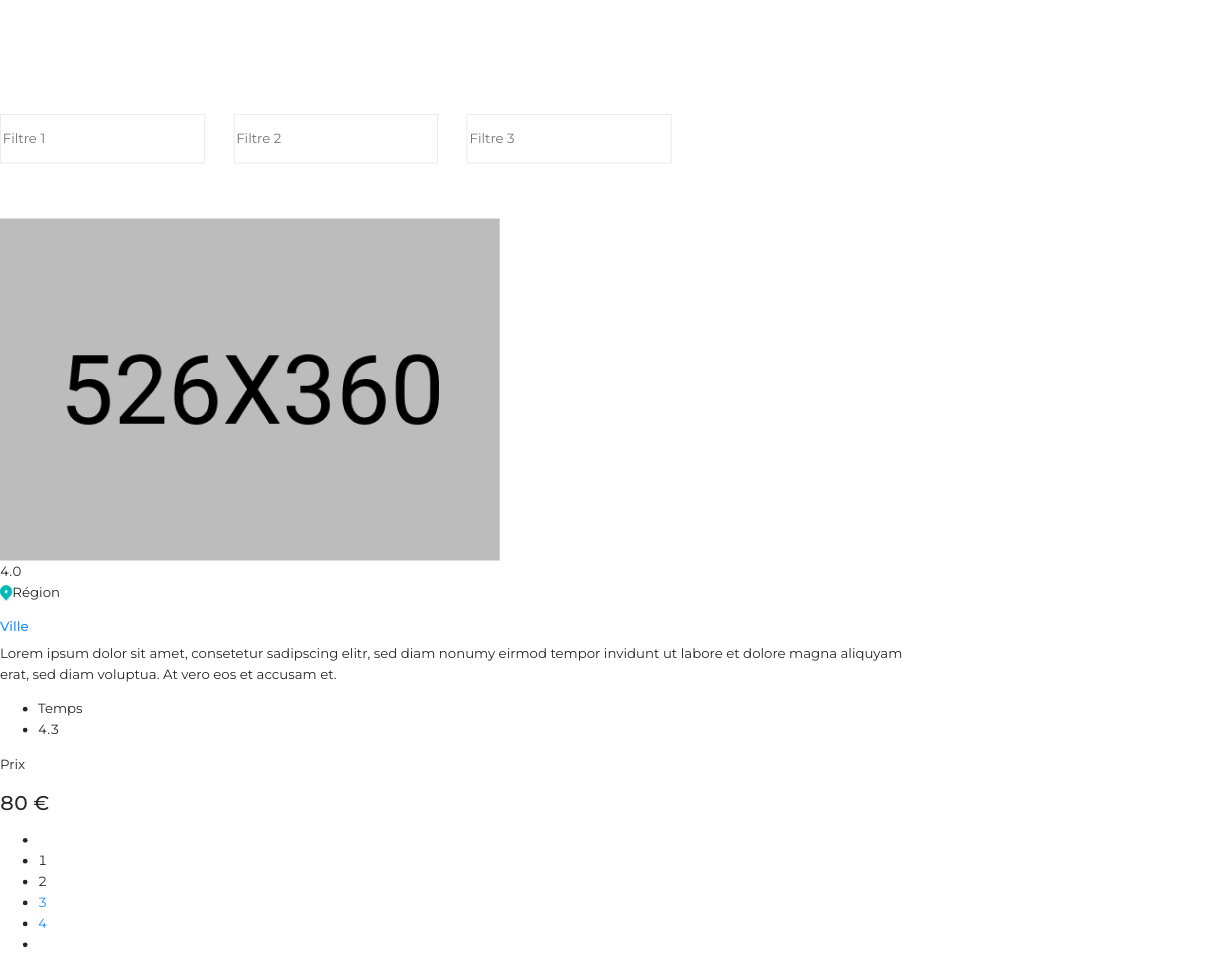
Repository: Emerson1220/projet-neofeel-lacapsule
Page: /roadPlanner (app in reactapp/)
These files come from the project's save history. The page is drawn as it stood at one moment and after the next save; the edit follows.
The browser window is 1280 px wide. The page is 1295 px wide, so the pictures cover 1295 px, including what lies to the right of the window. The pictures show the whole page, at 95% of full size.
The project was rebuilt for these pictures with package versions that can differ from the ones it lists, and the page was loaded fresh each time. A package was used in the major version that the imports need, not the one package.json lists. Also part of the build but not shown: reactapp/src/Nav.js, reactapp/src/ScreenHome.js.

Above is the page before, as saved 2021-05-18 09:49:53.

### reactapp/src/App.js
import './App.css';
import Nav from './Nav'
import {BrowserRouter as Router, Switch, Route} from 'react-router-dom'

import ScreenHome from './ScreenHome';
import ScreenRoadPlanner from './screens/ScreenRoadPlanner';

function App() {
  return (



    // <SearchPage></SearchPage>
      <Router>
        <Switch>
          <Route component={ScreenHome} path="/" exact />
          <Route component={ScreenRoadPlanner} path="/roadPlanner"  />
          {/* <Route component={ScreenConnexion} path="/connexion"  />
          <Route component={ScreenSearch} path="/recherche"  />
          <Route component={ScreenInfo} path="/info"  />
          <Route component={ScreenPartner} path="/partenaire"  />
          <Route component={ScreenRoadPlanner} path="/roadPlanner"  />
          <Route component={ScreenTrips} path="/voyages"  />
          <Route component={ScreenProfil} path="/profil"  />
          <Route component={ScreenBasket} path="/panier"  />
          <Route component={ScreenSuggestion} path="/suggestion"  /> */}
        </Switch>
      </Router>

  );
}

export default App;

### reactapp/src/App.css
@import '~antd/dist/antd.css';
@import url('https://fonts.googleapis.com/css2?family=Montserrat:ital,wght@0,200;0,300;0,400;0,500;0,600;0,700;1,400;1,600&display=swap');

* {
  font-family: 'Montserrat', sans-serif;
}

.App {
  text-align: center;
}

.App-logo {
  height: 40vmin;
  pointer-events: none;
}

@media (prefers-reduced-motion: no-preference) {
  .App-logo {
    animation: App-logo-spin infinite 20s linear;
  }
}

.App-header {
  background-color: #282c34;
  min-height: 100vh;
  display: flex;
  flex-direction: column;
  align-items: center;
  justify-content: center;
  font-size: calc(10px + 2vmin);
  color: white;
}

.App-link {
  color: #61dafb;
}

@keyframes App-logo-spin {
  from {
    transform: rotate(0deg);
  }
  to {
    transform: rotate(360deg);
  }
}
/* CSS NAVBAR _______________________*/



.h1-montserrat {
  width: auto; /* 366px */
  height: auto; /* 58px */
  overflow: visible;
  white-space: pre;
  letter-spacing: 0px;
  line-height: 1.2;
  color: #106271;
  font-weight: 700;
  font-family: "Inter-Bold", "Inter", sans-serif;
  font-size: 48px;
}

.devenezPartenaireButton{

background-color: #e06868;
overflow: visible;
  white-space: pre;
  letter-spacing: 0px;
line-height: 1.2;
  color: #ffffff;
  font-weight: 700;
  font-family: "Inter-Bold", "Inter", sans-serif;
width: 150px;
height: 50px;
left: 971px;
top: 40px;
border-radius: 5px;
}

.listNav{
  color: #106271;
  margin: 0px 0px;
}

### reactapp/src/screens/ScreenRoadPlanner.js
import React from 'react';
import '../App.css';
import { Button } from 'antd';
import { Link } from 'react-router-dom';
import Nav from '../Nav'

function ScreenRoadPlanner() {

    return (	<div style={{ paddingTop:'120px' }}>

                <div style={ styles.container }>

                    <div style={ styles.row }>

                        <div style={ styles.col_xl_9 }>
                            <div style={{ marginBottom:'40px' }}> {/* Filters */}

                                <div style={ styles.row }>
                                    <div style={ styles.col_xl_3 }>
                                        <label style={ styles.single_input_wrap }>
                                            <i style={ styles.icons_la }/>
                                            <input style={ styles.single_input_wrap_input } type="text" placeholder="Filtre 1" />
                                        </label>
                                    </div>

                                    <div style={ styles.col_xl_3 }>
                                        <label style={ styles.single_input_wrap }>
                                            <i style={ styles.icons_la }/>
                                            <input style={ styles.single_input_wrap_input } type="text" placeholder="Filtre 2" />
                                        </label>
                                    </div>

                                    <div style={ styles.col_xl_3 }>
                                        <label style={ styles.single_input_wrap }>
                                            <i style={ styles.icons_la }/>
                                            <input style={ styles.single_input_wrap_input } type="text" placeholder="Filtre 3" />
                                        </label>
                                    </div>
                                </div>
                            </div> {/* End -> ButtonFilters */}

                            <div className="tour-list-area"> {/* Container -> Card expérience */}
                                <div className="single-destinations-list style-three"> {/* Card expérience */}
                                    <div className="thumb">
                                        <img src="images/photo-526x360.png" alt="list" />
                                    </div>
                                    <div className="details">
                                        <div className="tp-review-meta">
                                            <i className="ic-yellow fa fa-star" />
                                            <i className="ic-yellow fa fa-star" />
                                            <i className="ic-yellow fa fa-star" />
                                            <i className="ic-yellow fa fa-star" />
                                            <i className="fa fa-star" />
                                            <span>4.0</span>
                                        </div>

                                        <p className="location"><img src="images/icone-geo.png" alt="map" />Région</p>
                                        <h4 className="title"><Link to="/tour-details">Ville</Link></h4>
                                        <p className="content">Lorem ipsum dolor sit amet, consetetur sadipscing elitr, sed diam nonumy eirmod tempor invidunt ut labore et dolore magna aliquyam erat, sed diam voluptua. At vero eos et accusam et.</p>

                                        <div className="list-price-meta">
                                            <ul className="tp-list-meta d-inline-block">
                                                <li><i className="fa fa-clock-o" /> Temps</li>
                                                <li><i className="fa fa-star" /> 4.3</li>
                                            </ul>
                                            <div className="tp-price-meta d-inline-block">
                                                <p>Prix</p>
                                                <h2>80 <span>€</span></h2>
                                            </div>
                                        </div>
                                    </div>
                                </div> {/* End -> Card expérience */}
                            </div> {/* End -> Container -> Card expérience */}


                            <div className="text-md-center text-left"> {/* Pagination */}
                                <div className="tp-pagination text-md-center text-left d-inline-block mt-4">
                                    <ul>
                                        <li><a className="prev page-numbers" href="#"><i className="la la-long-arrow-left" /></a></li>
                                        <li><span className="page-numbers">1</span></li>
                                        <li><span className="page-numbers current">2</span></li>
                                        <li><a className="page-numbers" href="#">3</a></li>
                                        <li><a className="page-numbers" href="#">4</a></li>
                                        <li><a className="next page-numbers" href="#"><i className="la la-long-arrow-right" /></a></li>
                                    </ul>
                                </div>
                            </div>{/* End -> Pagination */}
                        </div>
                    </div>
                </div>
            </div>
    )
};

let styles = {
    container: {
        width: '100%',
        paddingright: '15px',
        paddingleft: '15px',
        marginright: 'auto',
        marginleft: 'auto',
    },

    row:{
        display: 'flex',
        flexWrap: 'wrap',
        marginRight: '-15px',
        marginLeft: '-15px',
    },

    col_xl_9:{
        position: 'relative',
        flex: '0 0 75%',
        maxWidth: '75%',
        width: '100%',
        minHeight: '1px',
        paddingRight: '15px',
        paddingLeft: '15px',
        },

    col_xl_3:{
        position: 'relative',
        flex: '0 0 25%',
        maxWidth: '25%',
        width: '100%',
        minHeight: '1px',
        paddingRight: '15px',
        paddingLeft: '15px',
        },

    single_input_wrap:{
        position: 'relative',
        width: '100%',
        marginBottom: '18px',
        display: 'inline-block',
    },

    single_input_wrap_input:{
        background: '#ffffff',
        border: '1px solid #EAEAEA',
        height: '52px',
        width: '100%',
    },



    icons_la:{
        display: 'inline-block',
        position: 'absolute',
        top: '17px',
        left: '20px',
        color: '#CFD3DE',
        font: 'normal normal normal 16px/1 LineAwesome',
        fontSize: 'inherit',
        textDecoration: 'inherit',
        textRendering: 'optimizeLegibility',
        textTransform: 'none',
    }




    }









export default ScreenRoadPlanner;

Loaded but not shown: reactapp/public/index.html (common file); reactapp/src/index.js (common file); reactapp/src/index.css (common file); reactapp/src/reportWebVitals.js (common file)

After the next save:
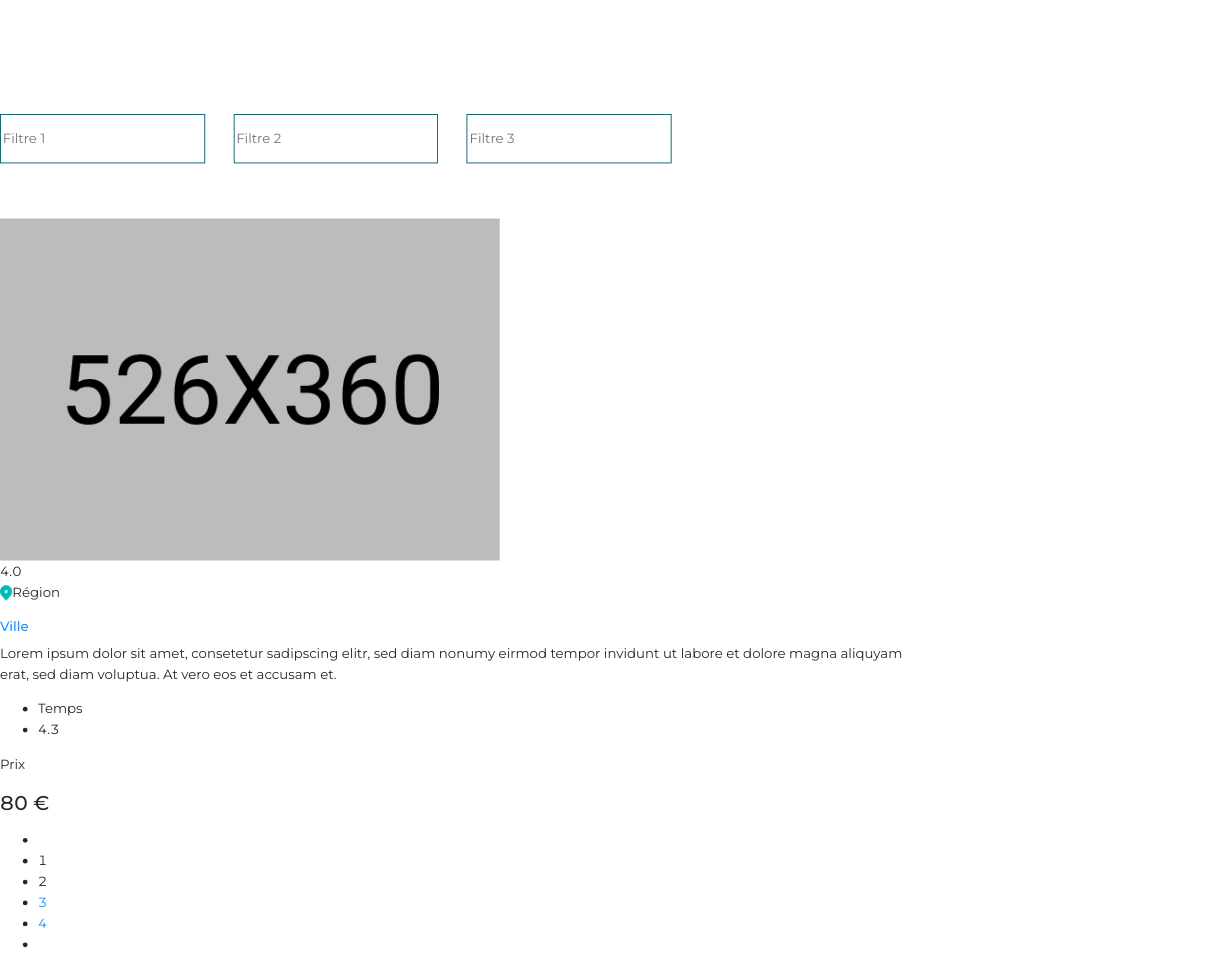
Saved 43 s later.
--- a/reactapp/src/screens/ScreenRoadPlanner.js
+++ b/reactapp/src/screens/ScreenRoadPlanner.js
@@ -137,7 +137,7 @@
 
     single_input_wrap_input:{
         background: '#ffffff',
-        border: '1px solid #EAEAEA',
+        border: '1px solid #106271',
         height: '52px',
         width: '100%',
     },

After the save that followed:
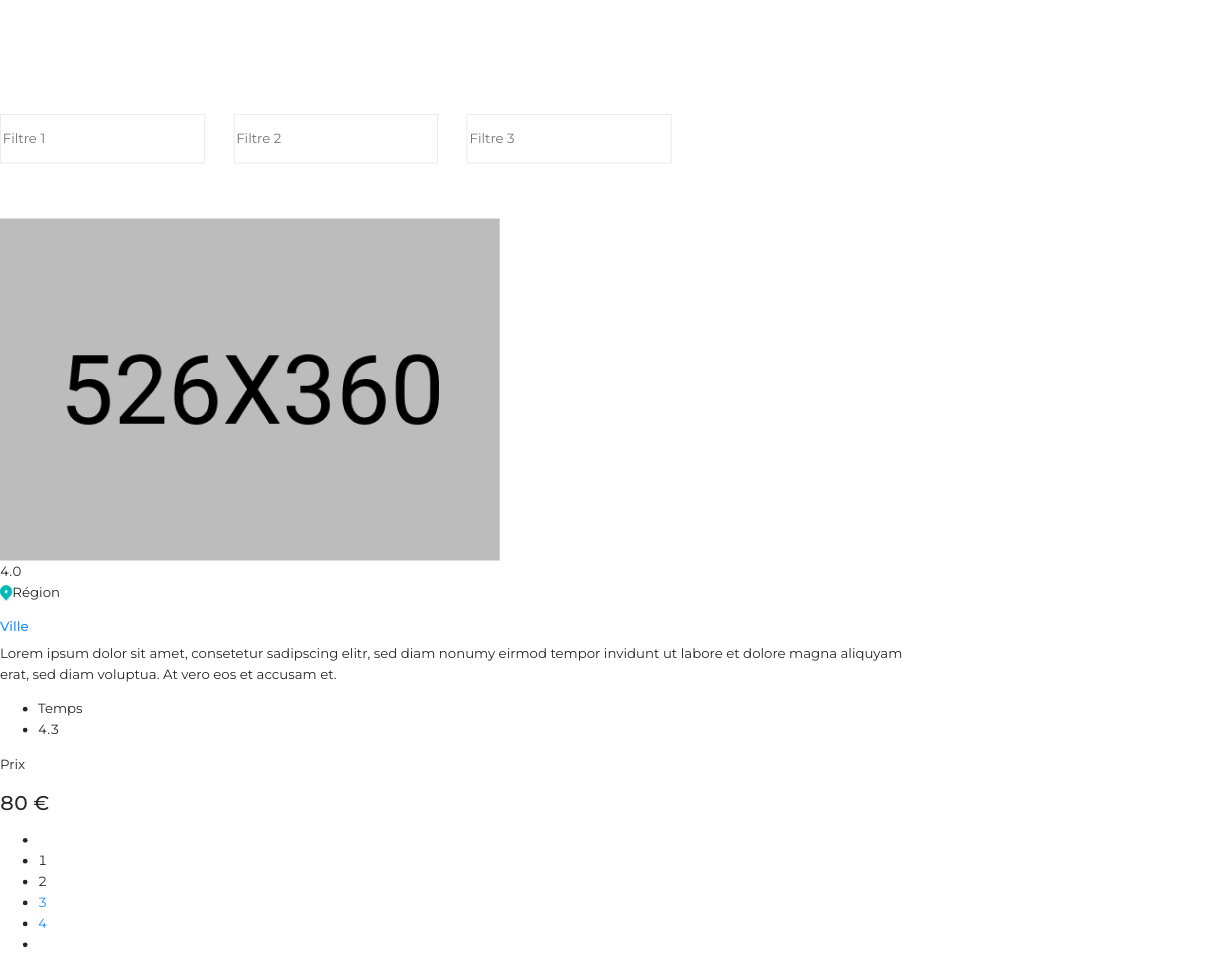
Saved 42 s later.
--- a/reactapp/src/screens/ScreenRoadPlanner.js
+++ b/reactapp/src/screens/ScreenRoadPlanner.js
@@ -137,7 +137,7 @@
 
     single_input_wrap_input:{
         background: '#ffffff',
-        border: '1px solid #106271',
+        border: '1px solid #EAEAEA',
         height: '52px',
         width: '100%',
     },
